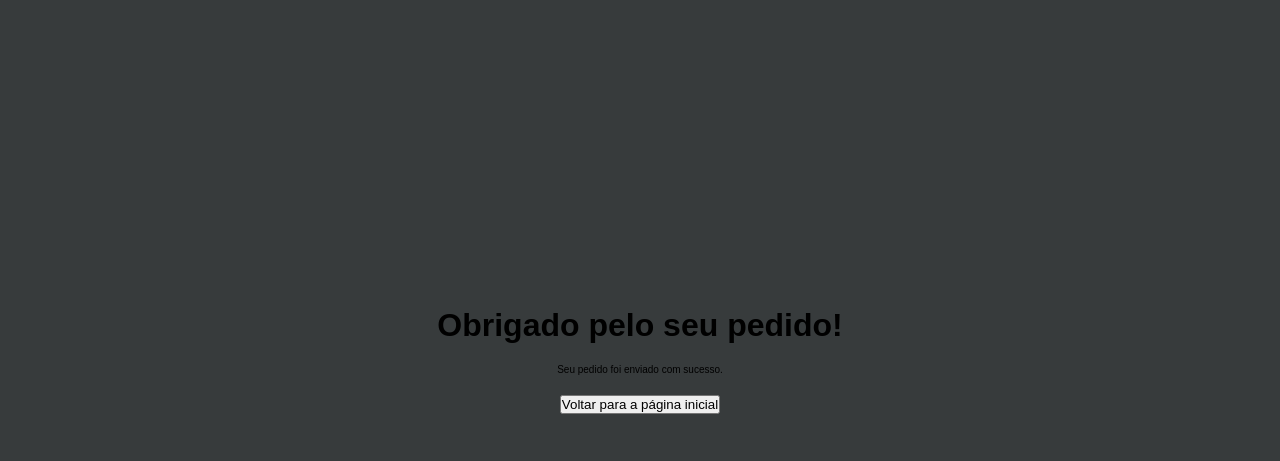
Repository: Marinalr-25/Projeto-Aparelhos-de-Academia
Page: thanks.html
The author's editor kept a copy of each file at every save. The page is drawn from the files as they stood at one save, then again after the next save.
The browser window is 1280 px wide. The pictures show the whole page.

Above is the page before, as saved 2025-01-14 14:14:27.

After the next save:
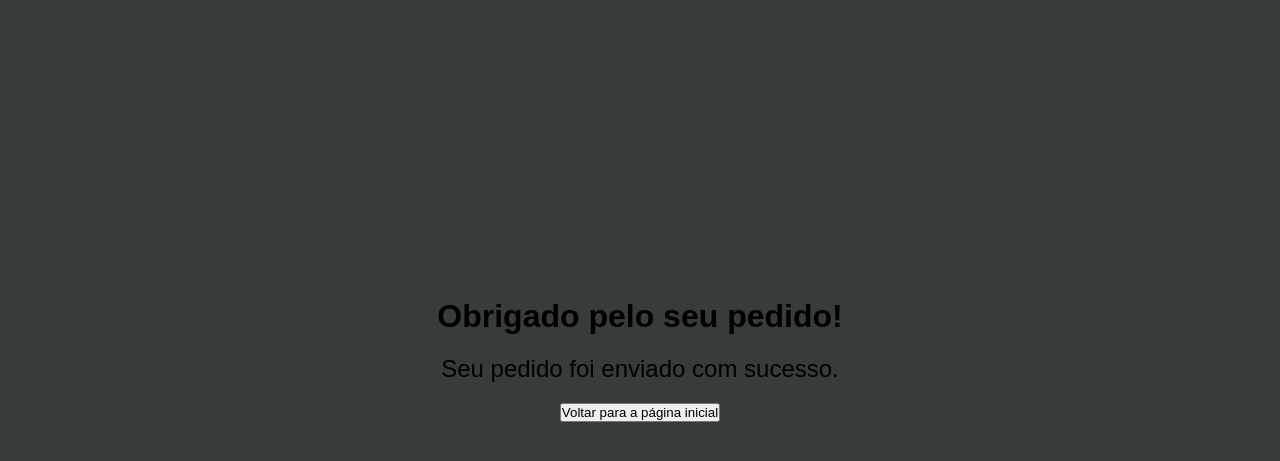
Saved 15 s later.
--- a/css/thanks.css
+++ b/css/thanks.css
@@ -22,3 +22,6 @@ body {
 .h1 {
   font-size: 3.2rem;
 }
+.paragrafo {
+  font-size: 2.4rem;
+}
